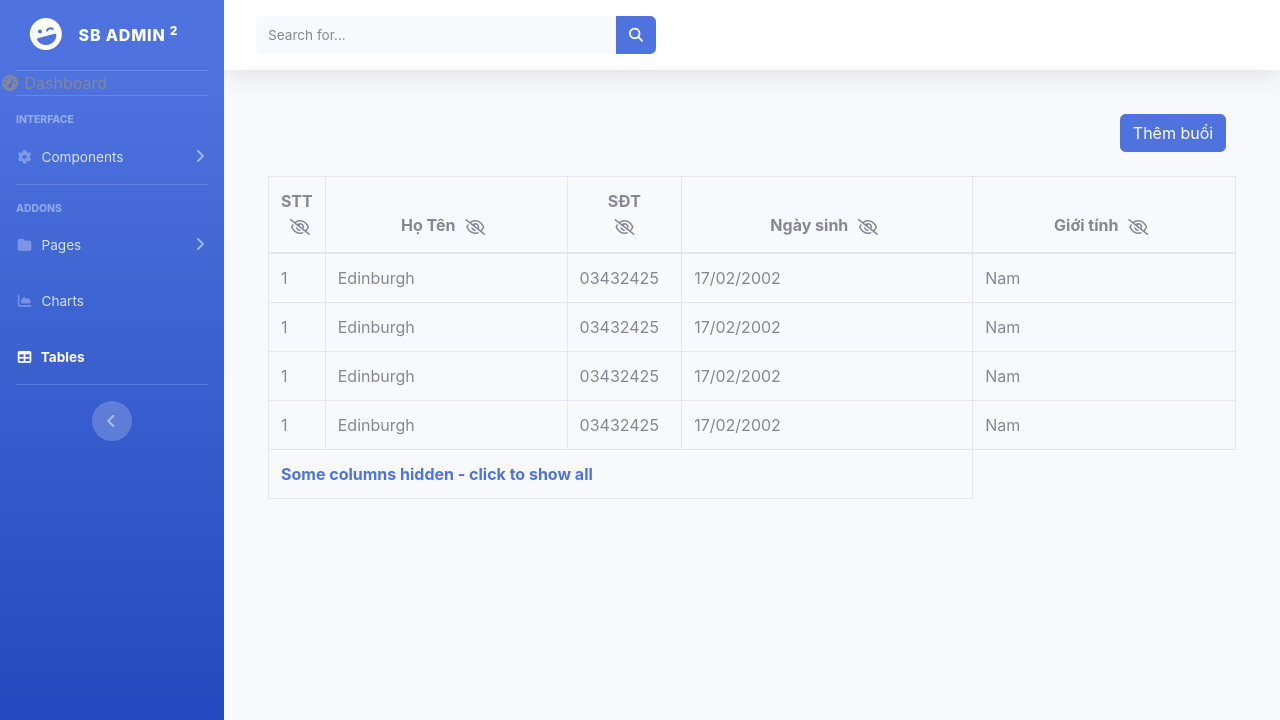
Repository: huyennvo/WebCiTEdu
Page: index.html
An editor plug-in stored every save of this project. The page is shown before and after the next save, followed by the edit.
The browser window is 1280 px wide. The pictures show the whole page.
Some web libraries are served in a nearby version.

Above is the page before, as saved 2022-07-30 10:00:01.

After the next save:
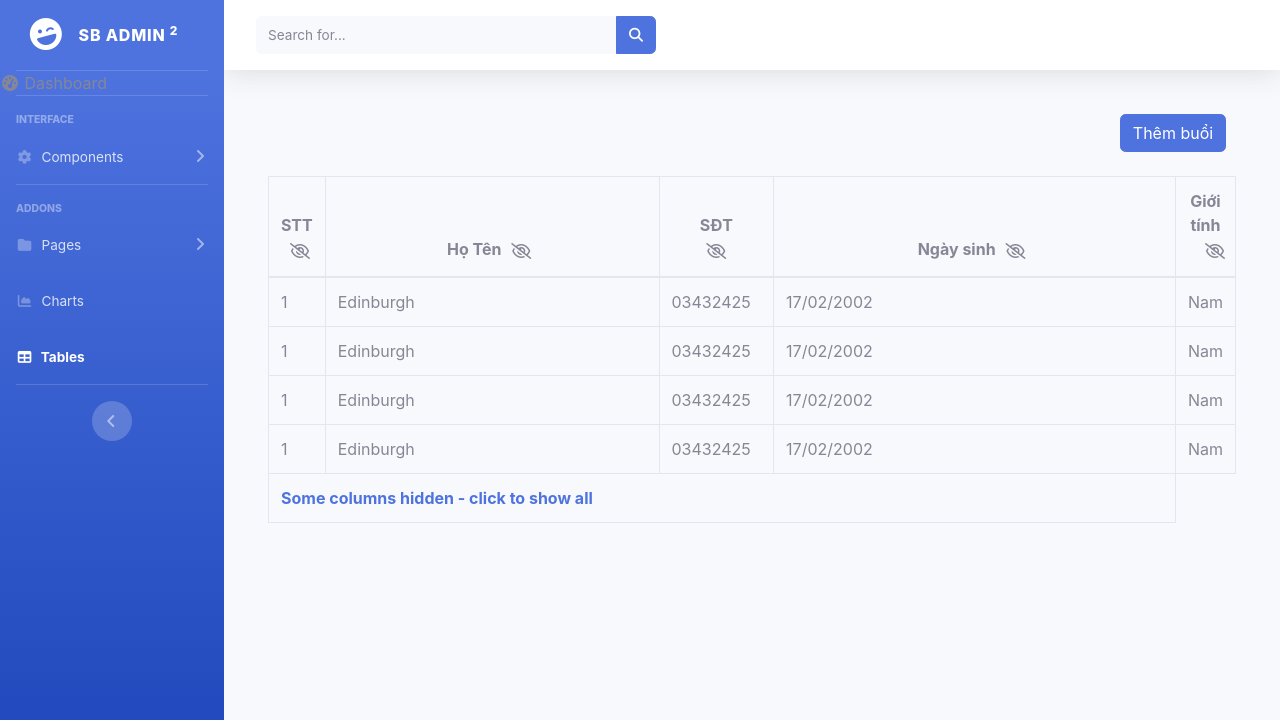
Saved 72 s later.
--- a/index.html
+++ b/index.html
@@ -44,6 +44,9 @@
         margin: 0 !important;
         padding: 0 !important;
         border: none !important;
+    }
+    .gioiTinh {
+      width: 1vw !important;
     }
 </style>
 
